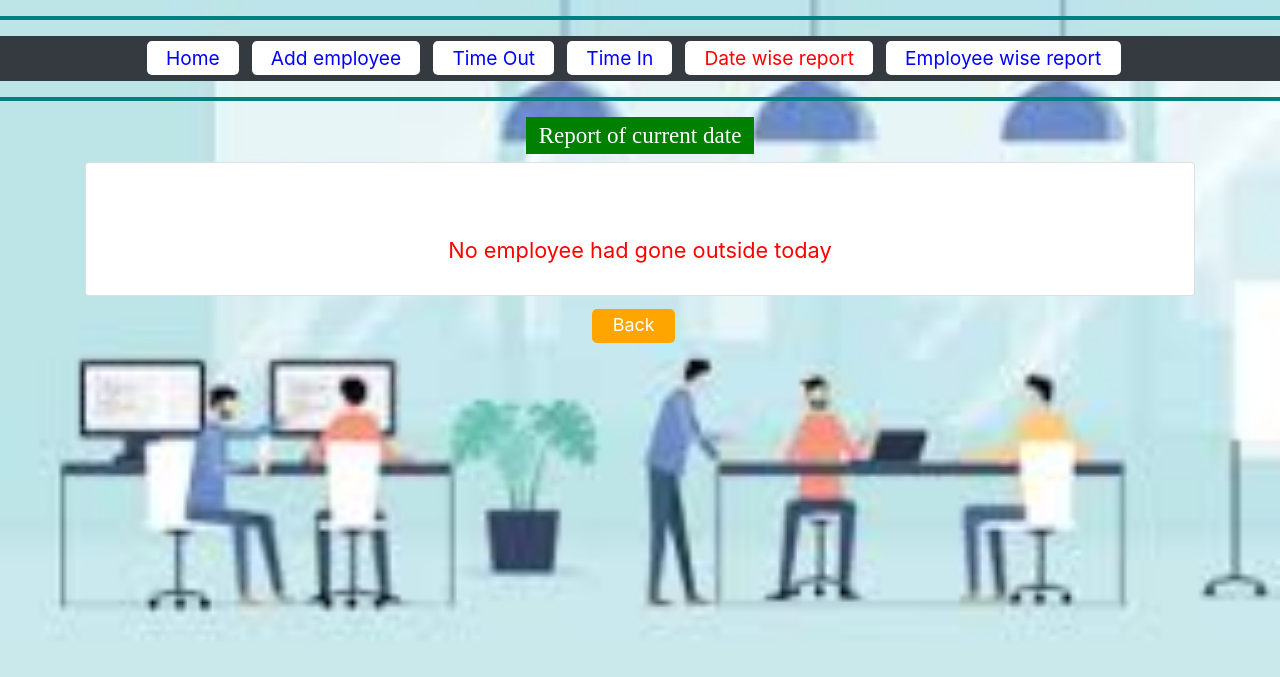
Repository: 7373Mehar/AdvanceJava
Page: http://localhost/emp-outin-time/datewise-report/current-date-report.jsp
The author's editor kept a copy of each file at every save. The page is drawn from the files as they stood at one save, then again after the next save.
The browser window is 1280 px wide. The pictures show the whole page.
The page is served by Tomcat 9. Other server files are loaded and not shown. Queries for data that is not in the repository find no rows.

Above is the page before, as saved 2023-02-12 12:05:04.

### JSP/emp-outin-time/WebContent/datewise-report/current-date-report.jsp
<%@page import="java.time.LocalDate"%>
<%@page import="java.sql.*"%>
<%@ include file='../navbar.jsp' %>
<html>
 <body onload='makeActive("datewise")'>
 <%
 PreparedStatement ps=(PreparedStatement)application.getAttribute("reportcd");
 ResultSet rst=ps.executeQuery();
 %>
 <div class='dvv'>
     <label class='hdu'>Report of current date</label>
  </div>
  <div class='container'>
   <div class='card col-md-12 mx-auto'>
    <div class='card-body'>
     <%if(!rst.next()){%>
       <div class='dv'>
        <label class='la' style='color:red'>No employee had gone outside today</label>
       </div>
     <%}
     else
     {
       %>
       <div class='table scrollit'>
  		<table class='table table-hover'>
      	  <thead>
       		<tr>
        		<th class='las'>S.No</th><th class='las'>Empid</th>
        		<th class='las'>Out Time</th><th class='las'>In Time</th>
        		<th class='las'>Total Time</th><th class='las'>Date</th>
       		</tr>
      	   </thead>
           <tbody>
           <%
      	   int sn=0;
	       do
      		{
      		String eid=rst.getString(2);
      		%>
            <tr>
              <td class='las'><%=++sn%></td>
              <td class='las'>
           	    <a href='../employee/employee-details.jsp?eid=<%=eid%>' style='text-decoration:underline;' title='Click to see employee details'><%=eid%></a>
              </td>
    	      <td class='las'><%=rst.getString("outtime")%></td>
    	      <td class='las'><%=rst.getString("intime")%></td>
    	      <td class='las'><%=rst.getString("totaltime")%></td>
    	      <td class='las'><%=rst.getString("date")%></td>
    	     </tr>
           <%}
            while(rst.next());%>
      </tbody>
     </table>
    </div>
    <%}%>
  </div>
 </div>
</div>
<div class='dvv'>
   <button class='btr' onclick='history.back()'>Back</button>
 </div>
</body>
</html>

### JSP/emp-outin-time/WebContent/navbar.jsp
<%@page import="java.sql.*" %>
<html>
 <%
 String pa="/emp-outin-time";
 %>
 <head>
  <script src='<%=pa%>/JS/script.js'></script>
  <link href='<%=pa%>/CSS/style.css' rel='stylesheet'>
  <link href='<%=pa%>/CSS/bootstrap.min.css' rel='stylesheet'>
 </head>
 <body bgcolor='cyan'>
   <hr style='border:2px solid teal'>
    <nav class='navbar navbar-expand navbar-light bg-dark'>
     <ul class='nav nav-pills mx-auto'>
      <li><a id="home" class='btra' href='<%=pa%>'>Home</a>
      <li><a id='add' class='btra' href='<%=pa%>/employee/insert.jsp'>Add employee</a>
      <li><a id='out' class='btra' href='<%=pa%>/outtime/employee-in-name-list.jsp'>Time Out</a>
      <li><a id='in' class='btra' href='<%=pa%>/intime/employee-out-name-list.jsp'>Time In</a>
      <li><a id='datewise' class='btra' href='<%=pa%>/datewise-report/choose-date.jsp'>Date wise report</a>
      <li><a id='empwise' class='btra' href='<%=pa%>/employeewise-report/employee-name-list.jsp'>Employee wise report</a>
     </ul>
    </nav>
   <hr style='border:2px solid teal'>
 </body>
</html>

### JSP/emp-outin-time/WebContent/JS/script.js
function makeActive(p)
{
	document.getElementById(p).style.color="red";
}
function checkEmployee()
{
	if(document.getElementById("eid").value==-1)
	{
		alert("Please select name of employee then submit");
		return false;
	}
	return true;
}
function showPhoto()
{
	var eid=document.getElementById("eid").value;
	if(eid==-1)
	{
		return false;
	}
	var obj=new XMLHttpRequest();
    obj.onreadystatechange=function()
    {
     if(obj.readyState==4)
     {
       var res=obj.responseText;
       document.getElementById("photo").innerHTML=res;
     }
    };
    var url="../show-photo.jsp?eid="+eid;
    obj.open("GET",url);
    obj.send();
}

### JSP/emp-outin-time/WebContent/CSS/style.css
.dv{
	text-align: center;
	margin-top: 4vw;
}
.lah{
	font-size:2.3vw;
	font-family: elephant;
}
.lam{
	font-size:2.2vw;
	font-family:Georgia;
}
.lahu{
	font-size:2vw;
	font-family: elephant;
	text-decoration: underline;
}
.hdu{
	font-size:1.8vw;
	font-family: luciada calligraphy;
	color:white;
	padding:.1vw 1vw;
	background-color: green;
}
.la{
	font-size:1.7vw;
}
.lau{
	font-size:1.7vw;
	text-decoration: underline;
}
.las{
	font-size:1.5vw;
}
span{
	color:red;
}
.tab{
	margin-left: auto;
	margin-right: auto;
	margin-top: 2vw;
	background-color: cyan;
	border-radius: .5vw;
}
.tdp{
	padding:2vw 1vw;
}
.btr{
	cursor: pointer;
	color:white;
	background-color:orange;
	margin-right:1vw;
	padding:.3vw 1.6vw;
	border-radius: .4vw;
	font-size:1.4vw;
	border:none;
}
.btra{
	color:blue;
	background-color:white;
	margin-right:1vw;
	padding:.4vw 1.5vw;
	font-size:1.5vw;
	text-decoration: none;
	border-radius: .4vw;
}
.btra:hover{
	color:white;
	background-color:blue;
	text-decoration: none;
}
.dvv{
	text-align: center;
	margin-top:1vw;
}
.tb{
	font-size:1.4vw;
	width:100%;
	border-radius: .4vw;
}
.ta{
	margin-left: auto;
	margin-right: auto;
	margin-top:2vw;
	width:auto;
	font-size:1.7vw;
	border-radius:.5vw;
	background-color:teal;
	color:white;
}
.pd{
	padding:1vw 2vw;
}
.lig{
	 margin-right:.5vw;
	 background-color:red;
}
anu{
	text-decoration: underline;
}
.cdta{
	 width:100%;
	 font-size:20px;
	 color:white;
	 font-weight: bold;
}
.cdbt{
	padding:.2vw 1.3vw;
	border-radius: .5vw;
	color:white;
	background-color:blue;
	border:none;
	cursor:hand;
}
.scrollit {
    overflow:scroll;
    max-height:53vh;
}
.scrollit thead th {
      position: sticky;
      background:teal;
      color:white;
      top: 0;
}
.insta{
	margin-left: auto;
	margin-right: auto;
	margin-top:2vw;
	width:auto;
	font-size:1.7vw;
	border-radius:.5vw;
	background-color:teal;
	color:white;
}
body{
	background-image: url('../images/bg.jfif');
	background-repeat: no-repeat;
	background-size: cover;
}

Loaded but not shown: JSP/emp-outin-time/WebContent/CSS/bootstrap.min.css (library)

After the next save:
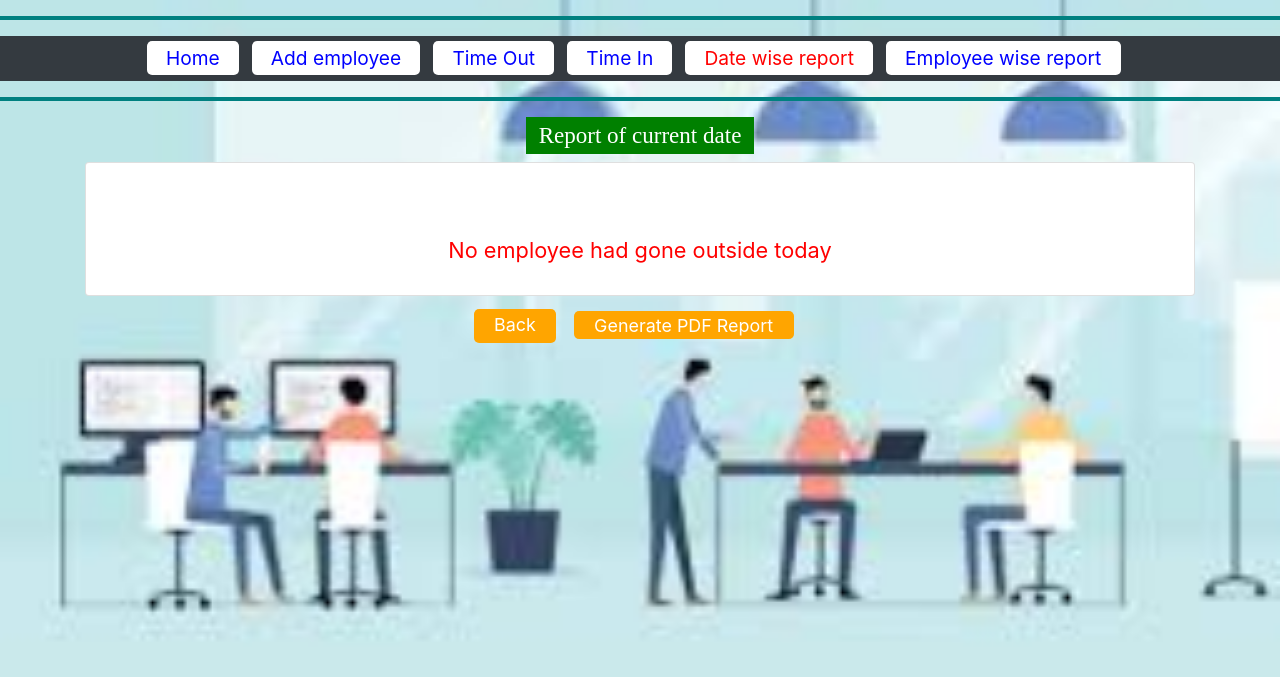
Saved 97 s later.
--- a/JSP/emp-outin-time/WebContent/datewise-report/current-date-report.jsp
+++ b/JSP/emp-outin-time/WebContent/datewise-report/current-date-report.jsp
@@ -58,6 +58,7 @@
 </div>
 <div class='dvv'>
    <button class='btr' onclick='history.back()'>Back</button>
+   <a class='btr' style='background-color:orange' href='../pdf-current-date'>Generate PDF Report</a>
  </div>
 </body>
 </html>
